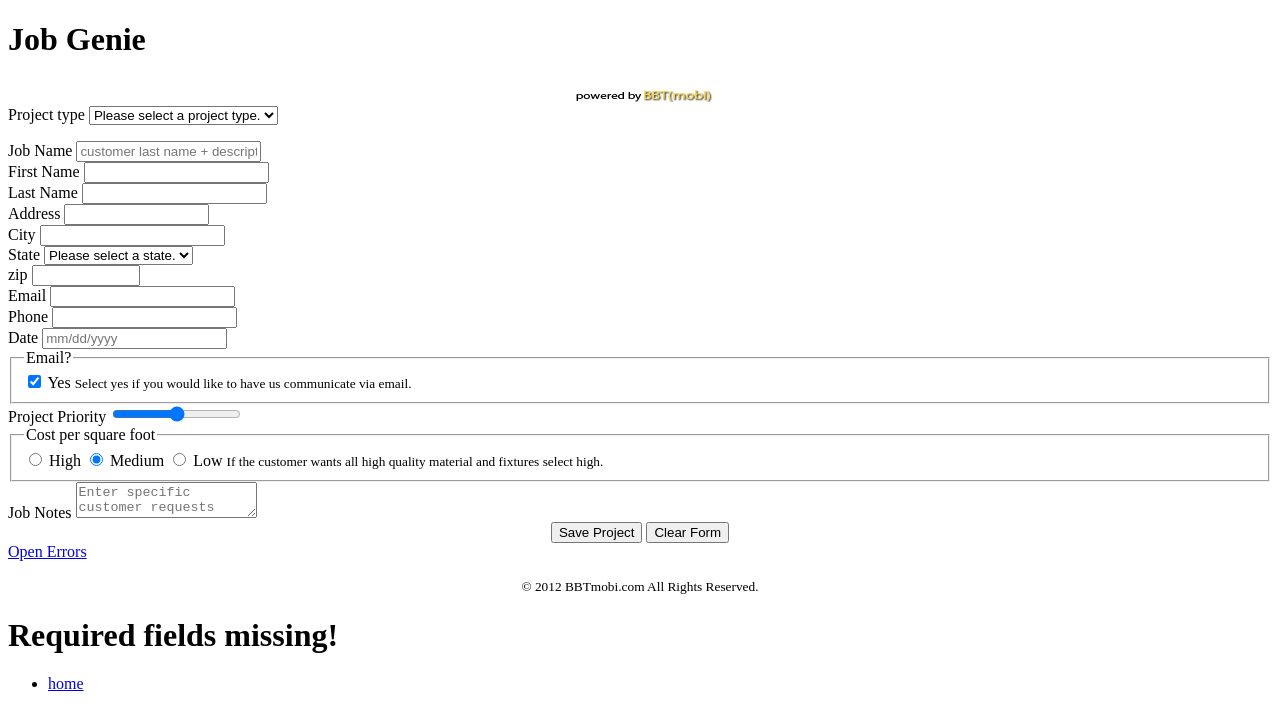
Repository: mtr8667/ASD
Page: couchdb/app/_attachments/newProject.html
These files come from the project's save history. The page is drawn as it stood at one moment and after the next save; the edit follows.
The browser window is 1280 px wide. The pictures show the whole page.

Above is the page before, as saved 2012-07-26 04:16:49.

### couchdb/app/_attachments/newProject.html
<!DOCTYPE html>
<!-- Matthew Richter, Project 4 for ASD 1207 Full Sail University  -->
<!-- July 25, 1212 -->

<!-- HTML TAG -->
<html lang="en">
<head>
	<!-- Document Title  -->
	<title>Detail</title>
	<meta charset="utf-8">
</head>

<body>

<!-- new project form page -->
	<div data-role="page" id="newProject"  data-add-back-btn="true" data-transition="slide">

		<!-- new project page Header -->
		<div data-role="header" data-position="fixed" data-id="header">
			<h1>Job Genie</h1>
		</div>
		<div>
			<center>
				<img src="logob.png"/>
			</center>
		</div>
		<div data-role="content">

		</div>
		<!-- Form -->


		<form action="" method="post" id="projectForm">

				<div data-role="fieldcontain" >

					<!-- Input Drop down - Project Type -->
					<label for="project-type">Project type</label>
					<select name="project-type" id="project-type" class="required" data-native-menu="false" data-mini="true">
						<option data-place-holder="true" value>Please select a project type.</option>
						<optgroup label="Project Type">
							<option value="addition">Addition</option>
							<option value="basement">Basement</option>
							<option value="kitchen">Kitchen</option>
							<option value="lavatory">Lavatory</option>
							<option value="roof">Roof</option>
						</optgroup>
					</select>

				<p></p>

				<!-- Input Job Name -->

					<label for="jobname" >Job Name</label>
					<input type="text" name="jobname" id="jobname" placeholder="customer last name + description" class="required" data-mini="true"/>
				</div>

				<!-- Input First Name -->
				<div data-role="fieldcontain" >
					<label for="firstname">First Name</label>
					<input type="text" name="firstname" id="firstname" class="required" data-mini="true"/>
				</div>

				<!-- Input Last Name -->
				<div data-role="fieldcontain" >
					<label for="lastname">Last Name</label>
					<input type="text" name="lastname" id="lastname" class="required" data-mini="true"/>
				</div>

				<!-- Input Address -->
				<div data-role="fieldcontain" >
					<label for="address">Address</label>
					<input type="text" name="address" id="address" maxlength="30" class="required" size="15" data-mini="true"/>
				</div>

				<!-- Input City -->
				<div data-role="fieldcontain" >
					<label for="city">City</label>
					<input type="text" name="city" id="city" class="required" data-mini="true"/>
				</div>

				<!-- Input State -->
				<div data-role="fieldcontain" >
					<label for="state">State</label>
					<select id="state" class="required" name="state" data-native-menu="false">
						<option data-palceholder="true">Please select a state.</option>
						<optgroup label="States">
						<option value="AL">Alabama</option>
	      					<option value="AK">Alaska</option><option value="AZ">Arizona</option><option value="AR">Arkansas</option><option value="CA">California</option><option value="CO">Colorado</option><option value="CT">Connecticut</option><option value="DE">Delaware</option><option value="FL">Florida</option><option value="GA">Georgia</option><option value="HI">Hawaii</option><option value="ID">Idaho</option><option value="IL">Illinois</option><option value="IN">Indiana</option><option value="IA">Iowa</option><option value="KS">Kansas</option><option value="KY">Kentucky</option><option value="LA">Louisiana</option><option value="ME">Maine</option><option value="MD">Maryland</option><option value="MA">Massachusetts</option><option value="MI">Michigan</option><option value="MN">Minnesota</option><option value="MS">Mississippi</option><option value="MO">Missouri</option><option value="MT">Montana</option><option value="NE">Nebraska</option><option value="NV">Nevada</option><option value="NH">New Hampshire</option><option value="NJ">New Jersey</option><option value="NM">New Mexico</option><option value="NY">New York</option><option value="NC">North Carolina</option><option value="ND">North Dakota</option><option value="OH">Ohio</option><option value="OK">Oklahoma</option><option value="OR">Oregon</option><option value="PA">Pennsylvania</option><option value="RI">Rhode Island</option><option value="SC">South Carolina</option><option value="SD">South Dakota</option><option value="TN">Tennessee</option><option value="TX">Texas</option><option value="UT">Utah</option><option value="VT">Vermont</option><option value="VA">Virginia</option><option value="WA">Washington</option><option value="WV">West Virginia</option><option value="WI">Wisconsin</option><option value="WY">Wyoming</option>
          				</optgroup>
          			</select>

				</div>

				<!-- Input Zip -->
				<div data-role="fieldcontain" >
					<label for="zip">zip</label>
					<input type="text" name="zip" id="zip" class="required zipcode" maxlength="10" style="width: 100px"  data-mini="true"/>
				</div>

				<!-- Input Email -->
				<div data-role="fieldcontain" >
					<label for="email">Email</label>
					<input type="text" name="email" id="email" class="required email" data-mini="true"/>
				</div>

				<!-- Input Phone -->
				<div data-role="fieldcontain" >
					<label for="phone">Phone</label>
					<input type="text" name="phone" id="phone" class="required phone" maxlength="14" data-mini="true"/>
				</div>

				<!-- Input Date -->
				<div data-role="fieldcontain">
					<label for="date">Date</label>
					<input type="text" name="date" id="date" class="required date" placeholder="mm/dd/yyyy"  data-mini="true"/>
				</div>

				<!-- Input Email Okay? -->
				<div data-role="fieldcontain" >
					<fieldset data-role="controlgroup">
						<legend>Email?</legend>
						<input type="checkbox" value="emailokay" checked="true" name="emailokay" id="email-1" data-mini="true"/>
						<label for="email-1">Yes</label>
						<small>Select yes if you would like to have us communicate via email.</small>
					</fieldset>
				</div>

				<!-- Input Project Priority -->
				<div data-role="fieldcontain">
					<label for="priority">Project Priority</label>
					<input type="range" name="priority" id="priority" value="5" min="0" max="10" data-mini="true"/>
				</div>

				<!-- Input Cost per Square Foot -->
				<div data-role="fieldcontain" >
					<fieldset data-role="controlgroup">
						<legend>Cost per square foot</legend>
						<input type="radio" value="High" name="cost" id="cost-1" data-mini="true"/>
						<label for="cost-1">High</label>
						<input type="radio" value="Medium" name="cost" checked="true" id="cost-2" data-mini="true"/>
						<label for="cost-2">Medium</label>
						<input type="radio" value="Low" name="cost" id="cost-3" data-mini="true"/>
						<label for="cost-3">Low</label>
						<small>If the customer wants all high quality material and fixtures select high.</small>
					</fieldset>
				</div>

				<!-- Input Job Notes -->
				<div data-role="fieldcontain" >
					<label for="notes">Job Notes</label>
					<textarea  placeholder="Enter specific customer requests here." data-mini="true"></textarea>
				</div>

				<!-- Reset - submit buttons -->
				<div data-role="fieldcontain">
					<center>
						<input type="submit" name="save" id="saveProject" value="Save Project" data-mini="true" data-inline="true" data-theme="e" />
						<input type="reset" name="reset" id="reset" value="Clear Form" data-mini="true" data-inline="true" data-mini="true"/>
					</center>
				</div>

				<!-- link to error dialog -->
				<div>
					<a href="#showerrors" id="formerrorslink" data-rel="dialog" data-transition="fade" >Open Errors</a>
				</div>
		</form>

			<div id="projectData">
				<ul data-role="listview" id="projectDataList">

				</ul>
			</div>

		<div>
			<div>
					<center>
						<p><small id="footer"> &copy; 2012 BBTmobi.com All Rights Reserved.</small></p>
					</center>
			</div>
		</div>
		<!-- project-type-error-message fade up-->
		<div data-role="dialog" id="showerrors" data-theme="e">
			<div data-role="header" data-position="fixed" >
				<h1>Required fields missing!</h1>
			</div>
		</div>

		<!-- new project page Footer -->
		<div data-role="footer" data-position="fixed" data-id="footer">

			<div data-role="navbar">
				<ul>
					<li><a href="#home" data-transition="slide">home</a></li>
				</ul>
			</div>

		</div>
	</div>
<!-- newProject end -->

<!-- JavaScript under here -->
</body>
</html>

After the next save:
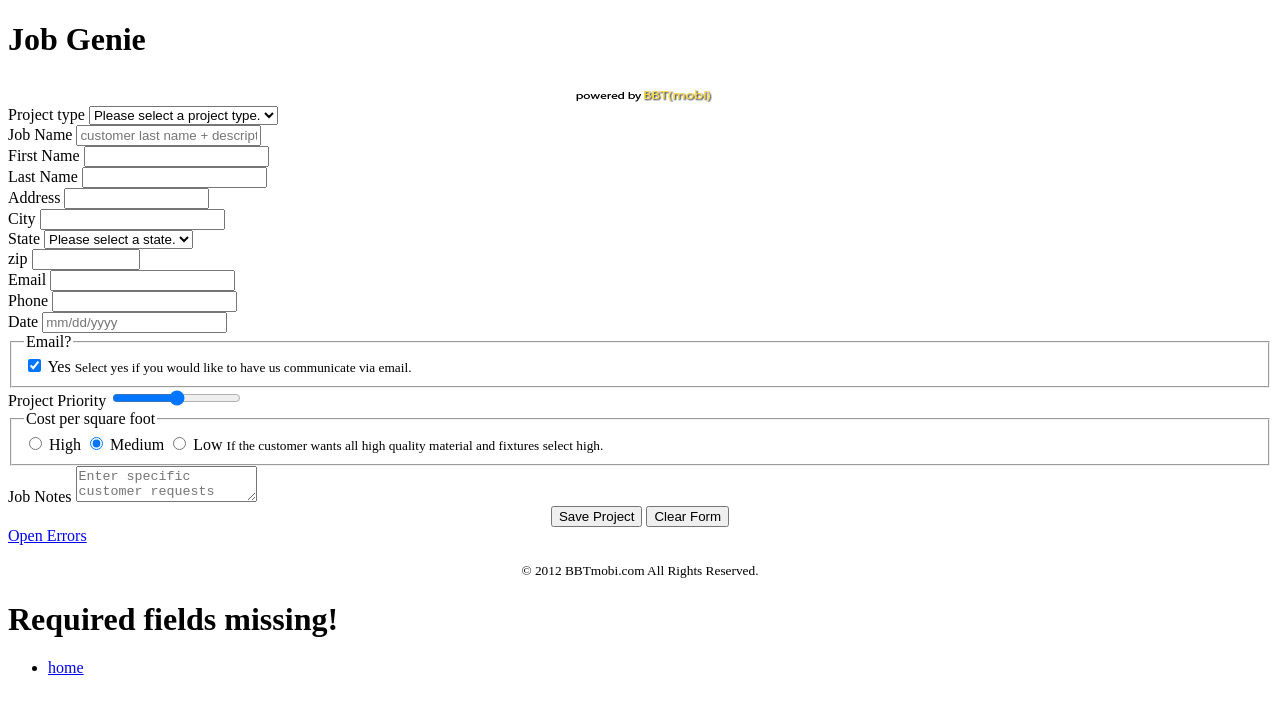
Saved 53 s later.
--- a/couchdb/app/_attachments/newProject.html
+++ b/couchdb/app/_attachments/newProject.html
@@ -47,10 +47,10 @@
 						</optgroup>
 					</select>
 
-				<p></p>
+				</div>
 
 				<!-- Input Job Name -->
-
+				<div data-role="fieldcontain" >
 					<label for="jobname" >Job Name</label>
 					<input type="text" name="jobname" id="jobname" placeholder="customer last name + description" class="required" data-mini="true"/>
 				</div>
